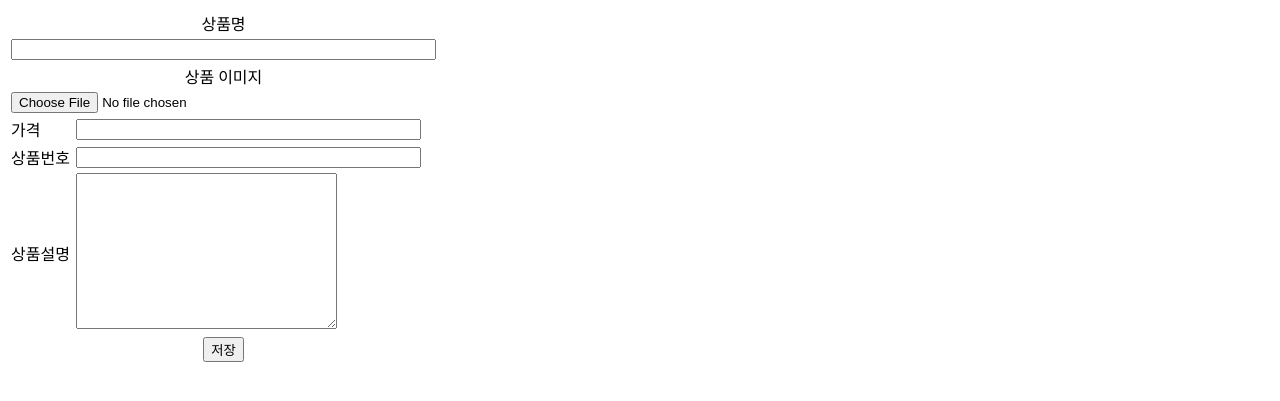
Repository: gunvv00/Java_practice
Page: html_work/html01/WebContent/goods.html
These files come from the project's save history. The page is drawn as it stood at one moment and after the next save; the edit follows.
The browser window is 1280 px wide. The pictures show the whole page.

Above is the page before, as saved 2020-01-02 07:41:15.

After the next save:
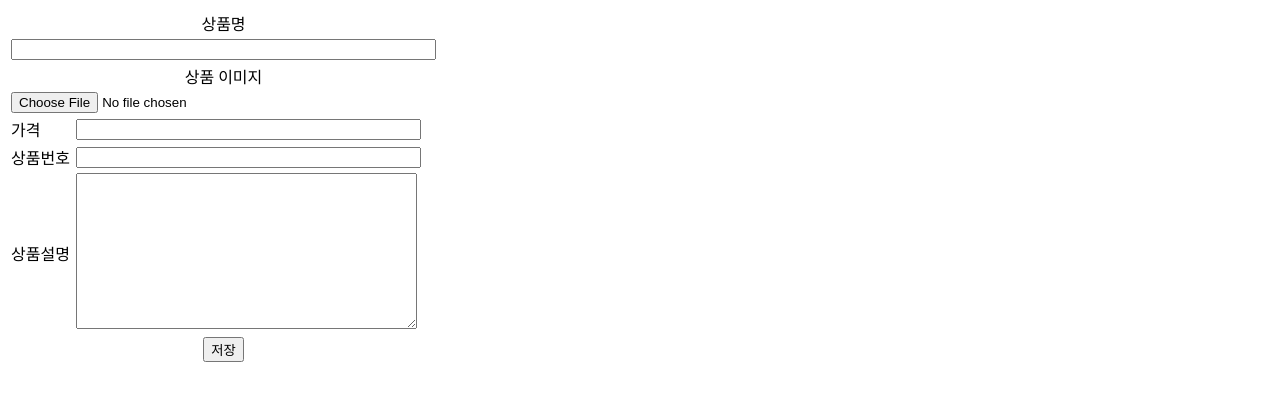
Saved 16 s later.
--- a/html_work/html01/WebContent/goods.html
+++ b/html_work/html01/WebContent/goods.html
@@ -29,7 +29,7 @@
 		</tr>
 		<tr>
 			<td>상품설명</td>
-			<td><textarea name = "" rows = "10" cols="30">  </textarea></td>
+			<td><textarea name = "" rows = "10" cols="40">  </textarea></td>
 		</tr>
 		<tr align="center">
 			<td colspan="2"><input type = "submit" value = "저장"/>	</td>
